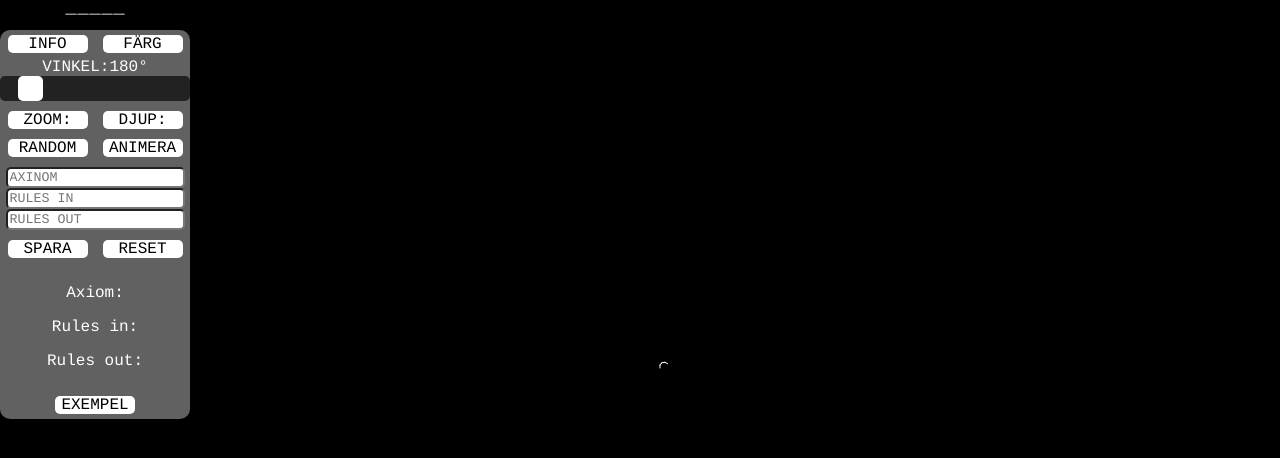
Repository: Gabrielw123/Fraktalgenerator
Page: fraktaler/test/index.html
These files come from the project's save history. The page is drawn as it stood at one moment and after the next save; the edit follows.
The browser window is 1280 px wide. The pictures show the whole page.
Some web libraries are served in a nearby version.

Above is the page before, as saved 2022-01-13 13:29:48.

### fraktaler/test/index.html
<!DOCTYPE html>
<html lang="en">
  <head>
    <meta charset="UTF-8" />
    <meta http-equiv="X-UA-Compatible" content="IE=edge" />
    <meta name="viewport" content="width=device-width, initial-scale=1.0" />
    <link rel="stylesheet" href="style.css" />
    <title>Fraktal Generator</title>
    <script src="https://cdn.jsdelivr.net/npm/p5@1.0.0/lib/p5.js"></script>
    <!--fading-->
    <script
      src="http://ajax.googleapis.com/ajax/libs/jquery/1.7.1/jquery.min.js"
      type="text/javascript"
    ></script>
  </head>
  <body>
    <!--Skapa en canvas-->
    <canvas id="canvas"></canvas>

    <div class="kontroller">
      <div
        style="background: black"
        onmousedown="return false"
        onselectstart="return false"
        class="grid-container1"
      >
        <div class="grid-item">
          <a class="knappgöm" id="gömknapp" onClick="action();">⏤⏤⏤⏤⏤</a>
        </div>
      </div>

      <div
        style="border-top-left-radius: 10px; border-top-right-radius: 10px"
        onmousedown="return false"
        onselectstart="return false"
        class="grid-container"
        id="göm1"
      >
        <div class="grid-item">
          <a class="knapp" id="infoknapp">INFO</a>
        </div>
        <div class="grid-item">
          <a class="knapp" id="colorknapp" onclick="color();">FÄRG</a>
        </div>
      </div>
      <!--slider vinkel-->
      <div class="slider-container" id="göm2">
        <a onmousedown="return false" onselectstart="return false"
          >VINKEL:<span id="vinkel-out"></span>&deg;</a
        >
        <input type="range" min="0" max="360" class="slider" id="vinkel" />
      </div>

      <div
        onmousedown="return false"
        onselectstart="return false"
        class="grid-container"
        id="göm3"
      >
        <div class="grid-item">
          <a class="knapp" id="längdknapp">ZOOM:<span id="segment_n"></span></a>
        </div>
        <div class="grid-item">
          <a class="knapp" id="djupknapp"
            >DJUP:<span id="generation-out"></span
          ></a>
        </div>

        <div class="grid-item">
          <a class="knapp" id="randomknapp" onclick="random();">RANDOM</a>
        </div>
        <div class="grid-item">
          <a class="knapp" id="animeraknapp" onclick="animera();">ANIMERA</a>
        </div>
      </div>

      <div class="grid-container1" id="göm4">
        <div class="grid-item">
          <input
            style="font-family: courier"
            class="input"
            type="text"
            placeholder="AXINOM"
            id="axiom"
          />
          <input
            style="font-family: courier"
            class="input"
            type="text"
            placeholder="RULES IN"
            id="rules1"
          />
          <input
            style="font-family: courier"
            class="input"
            type="text"
            placeholder="RULES OUT"
            id="rules2"
          />
        </div>
      </div>
      <div
        onmousedown="return false"
        onselectstart="return false"
        class="grid-container"
        id="göm5"
      >
        <div class="grid-item">
          <a class="knapp" id="btn">SPARA</a>
        </div>
        <div class="grid-item">
          <a class="knapp" id="resetknapp" onclick="reset();">RESET</a>
        </div>
      </div>
      <div
        style="
          border-bottom-left-radius: 10px;
          border-bottom-right-radius: 10px;
        "
        class="grid-container1"
        id="göm6"
      >
        <div class="grid-item">
          <p>Axiom:<span id="axiom-out"></span></p>
          <p>Rules in:<span id="rules1-out"></span></p>
          <p>Rules out:<span id="rules2-out"></span></p>
          <p></p>
        </div>
        <div class="grid-item">
          <a
            onmousedown="return false"
            onselectstart="return false"
            class="knapp"
            id="exempelknapp"
            onclick="example();"
            >EXEMPEL</a
          >
        </div>
      </div>

      <!--EXEMPEL-->

      <div
        style="border-radius: 10px"
        onmousedown="return false"
        onselectstart="return false"
        class="grid-container"
        id="göm7"
      >
        <div class="grid-item">
          <a class="knappex" id="Board">Board</a>
        </div>
        <div class="grid-item">
          <a class="knappex" id="Crystal">Crystal</a>
        </div>
        <div class="grid-item">
          <a class="knappex" id="Dragon Curve">Dragon Curve</a>
        </div>
        <div class="grid-item">
          <a class="knappex" id="Hexagonal Gosper">Hexagonal Gosper</a>
        </div>
        <div class="grid-item">
          <a class="knappex" id="Kochcurve">Koch curve</a>
        </div>
        <div class="grid-item">
          <a class="knappex" id="Krishna Anklets">Krishna Anklets</a>
        </div>
        <div class="grid-item">
          <a class="knappex" id="Lévy curve">Lévy curve</a>
        </div>
        <div class="grid-item">
          <a class="knappex" id="L-System Bushes 1">L-System Bushes 1</a>
        </div>
        <div class="grid-item">
          <a class="knappex" id="L-System Bushes 2">L-System Bushes 2</a>
        </div>
        <div class="grid-item">
          <a class="knappex" id="Peano Curve">Peano Curve</a>
        </div>
        <div class="grid-item">
          <a class="knappex" id="Quadratic Snowflake">Quadratic Snowflake </a>
        </div>
        <div class="grid-item">
          <a class="knappex" id="Rings">Rings</a>
        </div>
        <div class="grid-item">
          <a class="knappex" id="Sierpinski Arrowhead">Sierpinski Arrowhead</a>
        </div>
        <div class="grid-item">
          <a class="knappex" id="Sierpinskisquare">Sierpinski Square</a>
        </div>
        <div class="grid-item">
          <a class="knappex" id="Snowflake">Snowflake</a>
        </div>
        <div class="grid-item">
          <a class="knappex" id="Tiles">Tiles</a>
        </div>
        <div class="grid-item">
          <a class="knappex" id="Triangle">Triangle</a>
        </div>
        <div class="grid-item">
          <a class="knappex" id="Von Koch Snowflake">Von Koch Snowflake</a>
        </div>
      </div>
    </div>
    <!--Script-->
    <script src="bruh.js">
      example();
            fraktal.update();
    </script>
  </body>
</html>

### fraktaler/test/style.css
body {
  font-family: "courier", monospace;
  background-color: black;
  color: white;
  text-align: center;
}

.input {
  width: 90%;
  border-radius: 5px;
}
.input:hover {
  background: black;
  color: white;
}

.kontroller {
  width: 190px;
  height: 180px;
  margin: auto;
  position: fixed;
  top: 0%;
  left: 0%;
  right: 100%;
}
.grid-container {
  background: rgba(97, 97, 97, 1);
  display: grid;
  grid-template-columns: auto auto;
}

.grid-container1 {
  background: rgba(97, 97, 97, 1);
  display: grid;
  grid-template-columns: auto;
}
.grid-item {
  text-align: center;
  margin: auto;
  padding-top: 5px;
  padding-bottom: 5px;
}
.grid-item1 {
  text-align: center;
  margin: auto;
  padding-top: 5px;
  padding-bottom: 5px;
  width: 300px;
}
#axiom-out {
  text-align: left;
}
.slider-container {
  background: rgba(97, 97, 97, 1);
  display: grid;
  grid-template-columns: auto;
  width: 100%;
  margin: auto;
  padding-bottom: 5px;
}
.slider {
  -webkit-appearance: none;
  width: 100%;
  height: 25px;
  background: #222222;
  outline: none;
  margin: auto;
  -webkit-transition: 0.2s;
  transition: opacity 0.2s;
  border-radius: 5px;
}

.slider:hover {
  background: black;
  color: white;
}

.slider::-webkit-slider-thumb {
  -webkit-appearance: none;
  appearance: none;
  width: 25px;
  height: 25px;
  background: #ffffff;
  cursor: pointer;
  border-radius: 5px;
}

.slider::-moz-range-thumb {
  width: 25px;
  height: 25px;
  background: #04aa6d;
  cursor: pointer;
}

a.knapp {
  display: block;
  background: white;
  color: black;
  width: 80px;
  cursor: pointer;
  border-radius: 5px;
}
a.knapp:hover {
  background: black;
  border-radius: 5px;
  color: white;
}

#canvas {
  position: fixed;
  top: 0px;
  left: 0px;
  z-index: -1;
}

a.knappon {
  display: block;
  width: 80px;
  background: #444444;
  color: #ffffff;
  cursor: pointer;
  border-radius: 5px;
}
a.knappex {
  background: white;
  color: black;
  text-align: center;
  cursor: pointer;
  font-size: 13px;
  width: 85px;
  height: 35px;
  display: table-cell;
  vertical-align: middle;
  border-radius: 5px;
}
a.knappex:hover {
  background: black;
  border-radius: 5px;
  color: white;
}
.span {
  width: 500px;
}
.knappgöm {
  display: block;
  background: black;
  color: white;
  width: 85px;
  height: 20px;
  cursor: pointer;
  font-size: 15px;
  border-radius: 5px;
}
a.knappgöm:hover {
  background: white;
  border-radius: 5px;
  color: black;
}

### fraktaler/test/bruh.js
/*

Den här fraktal generatorn använder sig av Lindenmayer systemet (https://en.wikipedia.org/wiki/L-system)

Källor för lite info
https://codesandbox.io/s/fraktal-generator-forked-g76j8?file=/sketch.js
https://en.wikipedia.org/wiki/L-system#Types_of_L-systems
http://paulbourke.net/fractals/lsys/
https://www.sidefx.com/docs/houdini/nodes/sop/lsystem.html
http://www1.biologie.uni-hamburg.de/b-online/e28_3/lsys.html
https://www.kevs3d.co.uk/dev/lsystems/
https://piratefsh.github.io/p5js-art/public/lsystems/

*/

//INFO button
fetch("README.txt")
  .then((response) => response.text())
  .then((text) => console.log(text));

var info = document.getElementById("infoknapp");
info.onclick = function () {
  confirm("to");
};

//hur snabbt den animerar
var animatespeed = 100;

//lite variablar
let genButton;
let resButton;
let guiText;
color_n = 0;
let generation = 0;
let maxGeneration = 5;
let length;
let angle;
//första load
let axiom = "F+F+F+F";
let rules = [
  {
    in: "F",
    out: "F+F-F-FF+F+F-F",
  },
];

//save button för egna input på fraktaler
const btn = document.getElementById("btn");

btn.addEventListener("click", function () {
  var axiom2 = document.getElementById("axiom").value;
  var rules1 = document.getElementById("rules1").value;
  var rules2 = document.getElementById("rules2").value;
  confirm(
    "Axiom: " + axiom2 + "\nRules in: " + rules1 + "\nRules out: " + rules2
  );
  axiom = axiom2;
  rules = [
    {
      in: rules1,
      out: rules2,
    },
  ];
});

//animera ikonen på hemsidan
var favicon_images = [
    "bilderhem/tmp-0.gif",
    "bilderhem/tmp-1.gif",
    "bilderhem/tmp-2.gif",
    "bilderhem/tmp-3.gif",
    "bilderhem/tmp-4.gif",
    "bilderhem/tmp-5.gif",
  ],
  image_counter = 0;

setInterval(function () {
  if (document.querySelector("link[rel='icon']") !== null)
    document.querySelector("link[rel='icon']").remove();
  if (document.querySelector("link[rel='shortcut icon']") !== null)
    document.querySelector("link[rel='shortcut icon']").remove();
  document
    .querySelector("head")
    .insertAdjacentHTML(
      "beforeend",
      '<link rel="icon" href="' +
        favicon_images[image_counter] +
        '" type="image/gif">'
    );
  if (image_counter == favicon_images.length - 1) image_counter = 0;
  else image_counter++;
}, 200);

//göm UI
var hidden = false;
function action() {
  hidden = !hidden;
  if (hidden) {
    document.getElementById("göm1").style.visibility = "hidden";
    document.getElementById("göm2").style.visibility = "hidden";
    document.getElementById("göm3").style.visibility = "hidden";
    document.getElementById("göm4").style.visibility = "hidden";
    document.getElementById("göm5").style.visibility = "hidden";
    document.getElementById("göm6").style.visibility = "hidden";
    if (document.getElementById("göm7").style.visibility === "visible") {
      document.getElementById("göm7").style.visibility = "hidden";
    }
  } else {
    document.getElementById("göm1").style.visibility = "visible";
    document.getElementById("göm2").style.visibility = "visible";
    document.getElementById("göm3").style.visibility = "visible";
    document.getElementById("göm4").style.visibility = "visible";
    document.getElementById("göm5").style.visibility = "visible";
    document.getElementById("göm6").style.visibility = "visible";
    document.getElementById("göm7").style.visibility = "visible";
  }
}
//göm från början
document.getElementById("göm7").style.visibility = "hidden";
var hidden1 = true;
function example() {
  hidden1 = !hidden1;
  if (hidden1) {
    document.getElementById("göm7").style.visibility = "hidden";
  } else {
    document.getElementById("göm7").style.visibility = "visible";
  }
}

let sentence = axiom;

//start funktion
function setup() {
  createCanvas(windowWidth - 40, windowHeight - 25);
  angle = radians(vinkel.value);
  length = segment_n * 3;
  turtle();
  drawGUI();
}

//color problem
var r = 255,
  g = 0,
  b = 0;

setInterval(function () {
  if (r > 0 && b == 0) {
    r--;
    g++;
  }
  if (g > 0 && r == 0) {
    g--;
    b++;
  }
  if (b > 0 && g == 0) {
    r++;
    b--;
  }
  $("#color").text("rgb(" + r + "," + g + "," + b + ")");
  $("#color").css("color", "rgb(" + r + "," + g + "," + b + ")");
  turtle();
  console.log("df");
}, 10);

function generate() {
  length = segment_n * 3;

  let nextSentence = "";

  for (let i = 0; i < sentence.length; i++) {
    let found = false;
    let currentChar = sentence.charAt(i);

    for (let j = 0; j < rules.length; j++) {
      if (currentChar === rules[j].in) {
        found = true;
        nextSentence += rules[j].out;
        break;
      }
    }
    if (!found) {
      nextSentence += currentChar;
    }
  }
  sentence = nextSentence;
  turtle();
}
function turtle() {
  resetMatrix();
  background(0);
  //color
  if (color_n === 0) {
    stroke(255); //white
  }
  if (color_n === 1) {
    stroke(0, 0, 255); //blue
  }
  if (color_n === 2) {
    stroke(0, 128, 0); //green
  }
  if (color_n === 3) {
    stroke(255, 0, 0); //red
  }
  if (color_n === 4) {
    stroke(255, 165, 0); //orange
  }
  if (color_n === 5) {
    stroke(r, g, b); //rgb flera färger
  }
  translate(window.innerWidth / 2, window.innerHeight / 2);

  for (let i = 0; i <= sentence.length; i++) {
    let currentChar = sentence.charAt(i);

    if (currentChar === "F") {
      line(0, 0, 0, -length);
      translate(0, -length);
    } else if (currentChar === "+") {
      rotate(angle);
    } else if (currentChar === "-") {
      rotate(-angle);
    } else if (currentChar === "[") {
      push();
    } else if (currentChar === "]") {
      pop();
    }
  }
}

var djupknapp = document.getElementById("djupknapp");
djupknapp.onclick = function () {
  if (generation < maxGeneration) {
    generate();
  }
  generation++;
  if (generation > 5) {
    generation = 1;
    sentence = axiom;
    generate();
  }
  var generationout = document.getElementById("generation-out");
  generationout.innerHTML = generation;
  var axiomout = document.getElementById("axiom-out");
  axiomout.innerHTML = axiom;
  var rules1out = document.getElementById("rules1-out");
  rules1out.innerHTML = rules[0].in;
  var rules2out = document.getElementById("rules2-out");
  rules2out.innerHTML = rules[0].out;
};

//skriver ut värden och saker på skärmer för användaren
function drawGUI() {
  genButton = createButton("DJUP");
  genButton.size(85, 20);
  genButton.position(-200, 260);
  genButton.mousePressed(function () {
    if (generation < maxGeneration) {
      generate();
    }
    generation++;
    if (generation > 5) {
      generation = 1;
      sentence = axiom;
      generate();
    }
    var generationout = document.getElementById("generation-out");
    generationout.innerHTML = generation;
    var axiomout = document.getElementById("axiom-out");
    axiomout.innerHTML = axiom;
    var rules1out = document.getElementById("rules1-out");
    rules1out.innerHTML = rules[0].in;
    var rules2out = document.getElementById("rules2-out");
    rules2out.innerHTML = rules[0].out;
  });
}

//!Exemepel knappar

//Andra rad
animera_n = 0;

var c1 = 0;
var t;
var timer_is_on = 0;

//Random funktion
function getRandomInt(min, max) {
  min = Math.ceil(min);
  max = Math.floor(max);
  return Math.floor(Math.random() * (max - min) + min); //The maximum is exclusive and the minimum is inclusive
}

var fraktal = (function () {
  //js funktion
  const c = document.getElementById("canvas");
  var ctx = c.getContext("2d");

  //får bredden och höjden av hemsidan du har på din enhet
  c.width = window.innerWidth;
  c.height = window.innerHeight;
  ctx.strokeStyle = "black";
  ctx.lineWidth = 2;

  //!SLIDERS
  var vinkel = document.getElementById("vinkel");
  var vinkelout = document.getElementById("vinkel-out");
  vinkelout.innerHTML = vinkel.value;

  //gör saker med vinkel
  vinkel.oninput = function () {
    vinkelout.innerHTML = this.value;
    update();
  };

  //SEGMENT
  var segment = document.getElementById("längdknapp");
  segment.onclick = function () {
    segment_n++;
    if (segment_n === 6) {
      segment_n = 1;
    }
    document.getElementById("segment_n").innerHTML = segment_n;
    update();
  };
  //!RESET
  var reset = document.getElementById("resetknapp");
  reset.onclick = function () {
    sentence = axiom;
    turtle();
    vinkel.value = 90;
    segment_n = 3;
    generation = 2;
    axiom = "F+F+F+F";
    rules = [
      {
        in: "F",
        out: "F+F-F-FF+F+F-F",
      },
    ];
    //stönga av animera
    clearTimeout(t);
    animera.className = "knapp";
    c1 = 0;
    animera_n = 0;
    //update this
    update();
  };

  //!RANDOM
  var random = document.getElementById("randomknapp");
  random.onclick = function () {
    vinkel.value = getRandomInt(0, 361);
    vinkelout.innerHTML = vinkel.value;
    update();
  };

  //!ANIMERA

  var animera = document.getElementById("animeraknapp");
  animera.onclick = function () {
    animera_n++;
    if (animera_n === 1) {
      timedCount();
      animera.className = "knappon";
    }
    if (animera_n === 2) {
      clearTimeout(t);
      animera.className = "knapp";
      c1 = 0;
      animera_n = 0;
    }
  };
  //!COLOR

  var color = document.getElementById("colorknapp");
  color.onclick = function () {
    color_n++;
    if (color_n === 6) {
      color_n = 0;
    }
    update();
  };

  timedCount = function () {
    var v = parseInt(vinkel.value);
    v = v + 1;

    if (v === 361) {
      v = 0;
    }
    //updatera UI
    vinkel.value = v;
    vinkelout.innerHTML = vinkel.value;
    //vänta
    t = setTimeout(timedCount, animatespeed);
    update();
  };

  //!Uppdatera allt/////////////////////////////
  var update = function () {
    //skriver ut de nya väderna
    setup();
    //Updaterar sliders och bilder/knappar
    vinkelout.innerHTML = vinkel.value;
    document.getElementById("segment_n").innerHTML = segment_n;
    var generationout = document.getElementById("generation-out");
    generationout.innerHTML = generation;

    var axiomout = document.getElementById("axiom-out");
    axiomout.innerHTML = axiom;
    var rules1out = document.getElementById("rules1-out");
    rules1out.innerHTML = rules[0].in;
    var rules2out = document.getElementById("rules2-out");
    rules2out.innerHTML = rules[0].out;
    //sparar hashen för hemsidan
    save();
  };

  //!SAVE OCH LOAD
  var save = function () {
    var ruleid =
      "#" +
      vinkel.value +
      "," +
      segment_n +
      "," +
      generation +
      "," +
      axiom +
      "," +
      rules[0].in +
      "," +
      rules[0].out;
    window.location = String(window.location).replace(/\#.*$/, "") + ruleid;
  };

  var load = function () {
    let d = window.location.toString();
    if (d.includes("#")) {
      const myArr = d.split("#");

      const test = myArr[1].split(",");
      //Sliders
      vinkel.value = test[0];
      //Knappar
      segment_n = test[1];
      generation = test[2];
      axiom = test[3];
      rules[0].in = test[4];
      rules[0].out = test[5];

      if (
        vinkel.value == undefined ||
        segment_n === undefined ||
        generation === undefined ||
        axiom === undefined ||
        rules[0].in === undefined ||
        rules[0].out === undefined
      ) {
        //Sliders
        vinkel.value = 40;
        //Knappar
        segment_n = 1;
        generation = 1;
        axiom = "F";
        rules[0].in = "F";
        rules[0].out = "F+F";
      }
    } else {
      //Sliders
      vinkel.value = 40;
      //Knappar
      segment_n = 1;
      //Knappar
      generation = 1;
      axiom = "F";
      rules[0].in = "F";
      rules[0].out = "F+F";
    }
    save();
  };
  //!START
  load();

  //!EXEMPEL
  //Exemplerna är ifrån http://paulbourke.net/fractals/lsys/
  //save button för egna input på fraktaler
  const Kochcurve = document.getElementById("Kochcurve");
  Kochcurve.addEventListener("click", function () {
    axiom = "F+F+F+F";
    rules = [
      {
        in: "F",
        out: "F+F-F-FF+F+F-F",
      },
    ];
    vinkel.value = 90;
    segment_n = 3;
    generation = 5;
    update();
  });

  const Sierpinskisquare = document.getElementById("Sierpinskisquare");
  Sierpinskisquare.addEventListener("click", function () {
    axiom = "F+XF+F+XF";
    rules = [
      {
        in: "X",
        out: "XF-F+F-XF+F+XF-F+F-X",
      },
    ];
    vinkel.value = 90;
    segment_n = 3;
    generation = 5;
    update();
  });

  const LSystemBushes1 = document.getElementById("L-System Bushes 1");
  LSystemBushes1.addEventListener("click", function () {
    axiom = "F";
    rules = [
      {
        in: "F",
        out: "FF+[+F-F-F]-[-F+F+F]",
      },
    ];
    vinkel.value = 22.5;
    segment_n = 1;
    generation = 5;
    update();
  });

  const LSystemBushes2 = document.getElementById("L-System Bushes 2");
  LSystemBushes2.addEventListener("click", function () {
    axiom = "F";
    rules = [
      {
        in: "F",
        out: "F[+FF][-FF]F[-F][+F]F",
      },
    ];
    vinkel.value = 35;
    segment_n = 1;
    generation = 5;
    update();
  });

  const Board = document.getElementById("Board");
  Board.addEventListener("click", function () {
    axiom = "F+F+F+F";
    rules = [
      {
        in: "F",
        out: "FF+F+F+F+FF",
      },
    ];
    vinkel.value = 90;
    segment_n = 1;
    generation = 5;
    update();
  });

  const Triangle = document.getElementById("Triangle");
  Triangle.addEventListener("click", function () {
    axiom = "F+F+F";
    rules = [
      {
        in: "F",
        out: "F-F+F",
      },
    ];
    vinkel.value = 120;
    segment_n = 1;
    generation = 5;
    update();
  });
  const Crystal = document.getElementById("Crystal");
  Crystal.addEventListener("click", function () {
    axiom = "F+F+F+F";
    rules = [
      {
        in: "F",
        out: "FF+F++F+F",
      },
    ];
    vinkel.value = 90;
    segment_n = 1;
    generation = 5;
    update();
  });
  const VonKochSnowflake = document.getElementById("Von Koch Snowflake");
  VonKochSnowflake.addEventListener("click", function () {
    axiom = "F++F++F";
    rules = [
      {
        in: "F",
        out: "F-F++F-F",
      },
    ];
    vinkel.value = 60;
    segment_n = 1;
    generation = 5;
    update();
  });
  const Tiles = document.getElementById("Tiles");
  Tiles.addEventListener("click", function () {
    axiom = "F+F+F+F";
    rules = [
      {
        in: "F",
        out: "FF+F-F+F+FF",
      },
    ];
    vinkel.value = 90;
    segment_n = 1;
    generation = 5;
    update();
  });

  const Rings = document.getElementById("Rings");
  Rings.addEventListener("click", function () {
    axiom = "F+F+F+F";
    rules = [
      {
        in: "F",
        out: "FF+F+F+F+F+F-F",
      },
    ];
    vinkel.value = 90;
    segment_n = 1;
    generation = 5;
    update();
  });
  const Lévycurve = document.getElementById("Lévy curve");
  Lévycurve.addEventListener("click", function () {
    axiom = "F";
    rules = [
      {
        in: "F",
        out: "+F--F+",
      },
    ];
    vinkel.value = 45;
    segment_n = 1;
    generation = 5;
    update();
  });
  const HexagonalGosper = document.getElementById("Hexagonal Gosper");
  HexagonalGosper.addEventListener("click", function () {
    axiom = "XF";
    rules = [
      {
        in: "X",
        out: "X+YF++YF-FX--FXFX-YF+",
      },
      {
        in: "Y",
        out: "-FX+YFYF++YF+FX--FX-Y",
      },
    ];
    vinkel.value = 60;
    segment_n = 1;
    generation = 5;
    update();
  });
  const DragonCurve = document.getElementById("Dragon Curve");
  DragonCurve.addEventListener("click", function () {
    axiom = "FX";
    rules = [
      {
        in: "X",
        out: "X+YF+",
      },
      {
        in: "Y",
        out: "-FX-Y",
      },
    ];
    vinkel.value = 90;
    segment_n = 1;
    generation = 5;
    update();
  });
  const SierpinskiArrowhead = document.getElementById("Sierpinski Arrowhead");
  SierpinskiArrowhead.addEventListener("click", function () {
    axiom = "YF";
    rules = [
      {
        in: "X",
        out: "YF+XF+Y",
      },
      {
        in: "Y",
        out: "XF-YF-X",
      },
    ];
    vinkel.value = 60;
    segment_n = 1;
    generation = 5;
    update();
  });
  const QuadraticSnowflake = document.getElementById("Quadratic Snowflake");
  QuadraticSnowflake.addEventListener("click", function () {
    axiom = "F";
    rules = [
      {
        in: "F",
        out: "F-F+F+F-F",
      },
    ];
    vinkel.value = 90;
    segment_n = 1;
    generation = 5;
    update();
  });
  const PeanoCurve = document.getElementById("Peano Curve");
  PeanoCurve.addEventListener("click", function () {
    axiom = "X";
    rules = [
      {
        in: "X",
        out: "XFYFX+F+YFXFY-F-XFYFX",
      },
      {
        in: "Y",
        out: "YFXFY-F-XFYFX+F+YFXFY",
      },
    ];
    vinkel.value = 90;
    segment_n = 1;
    generation = 5;
    update();
  });
  const snowflake = document.getElementById("Snowflake");
  snowflake.addEventListener("click", function () {
    axiom = "F-F-F-F-F";
    rules = [
      {
        in: "F",
        out: "F-F++F+F-F-F",
      },
    ];
    vinkel.value = 72;
    segment_n = 1;
    generation = 5;
    update();
  });
  const KrishnaAnklets = document.getElementById("Krishna Anklets");
  KrishnaAnklets.addEventListener("click", function () {
    axiom = "-X--X";
    rules = [
      {
        in: "X",
        out: "XFX--XFX",
      },
    ];
    vinkel.value = 45;
    segment_n = 1;
    generation = 5;
    update();
  });
})();

After the next save:
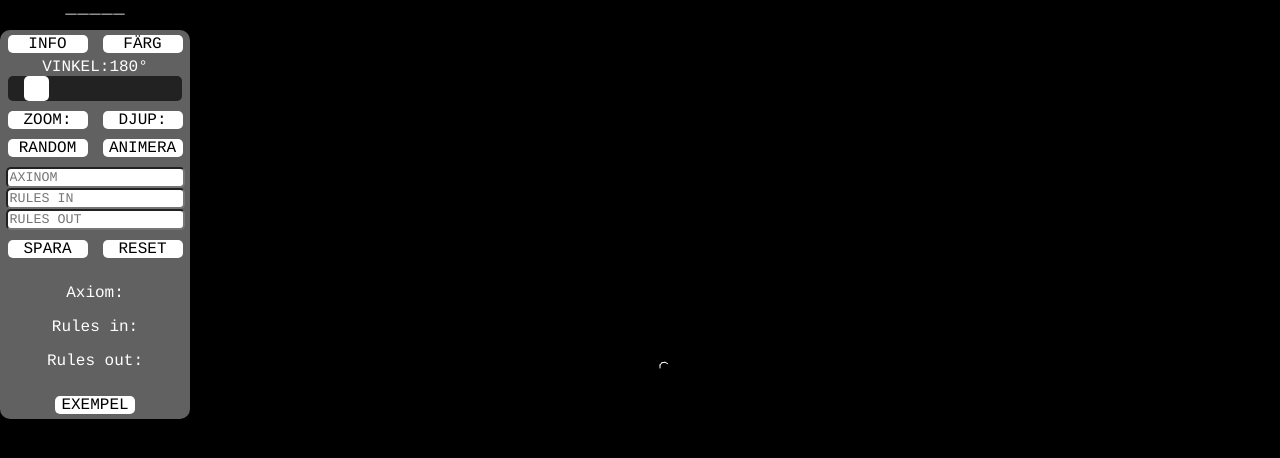
Saved 18 s later.
--- a/fraktaler/test/style.css
+++ b/fraktaler/test/style.css
@@ -60,7 +60,7 @@ body {
 }
 .slider {
   -webkit-appearance: none;
-  width: 100%;
+  width: 92%;
   height: 25px;
   background: #222222;
   outline: none;
